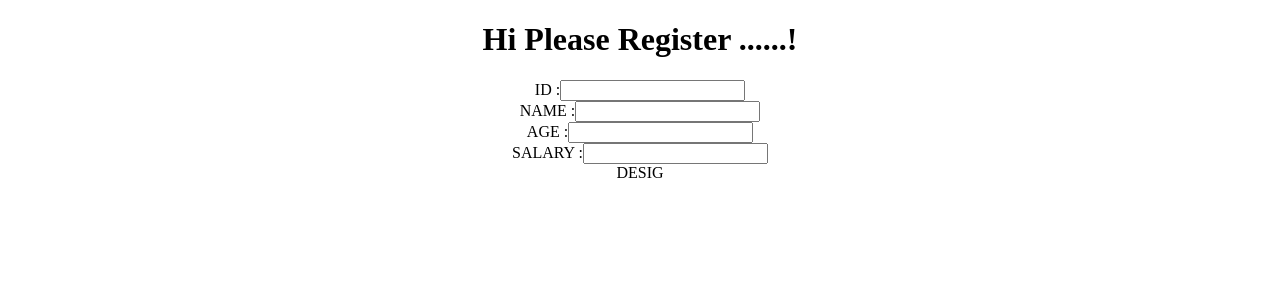
Repository: Thaneshwara848/E-Y
Page: Jdbc-Servlet-Jsp/Webemo5/src/main/webapp/Register.html
These files come from the project's save history. The page is drawn as it stood at one moment and after the next save; the edit follows.
The browser window is 1280 px wide. The pictures show the whole page.

Above is the page before, as saved 2023-05-22 04:39:48.

### Jdbc-Servlet-Jsp/Webemo5/src/main/webapp/Register.html
<!DOCTYPE html>
<html>
<head>
<meta charset="UTF-8">
<title>Insert title here</title>
</head>
<body>
<div style="text-align: center;">
	<h1> Hi Please Register ......!</h1>
	<form action="">

		ID 	:<input type="text"  name="uid"><br>
		NAME :<input type="text"  name="uname"><br>
		AGE   :<input type="text"  name="uage"><br>
		SALARY :<input type="text"  name="usalary"><br>
		DESIG


	</form>
</div>

</body>
</html>

After the next save:
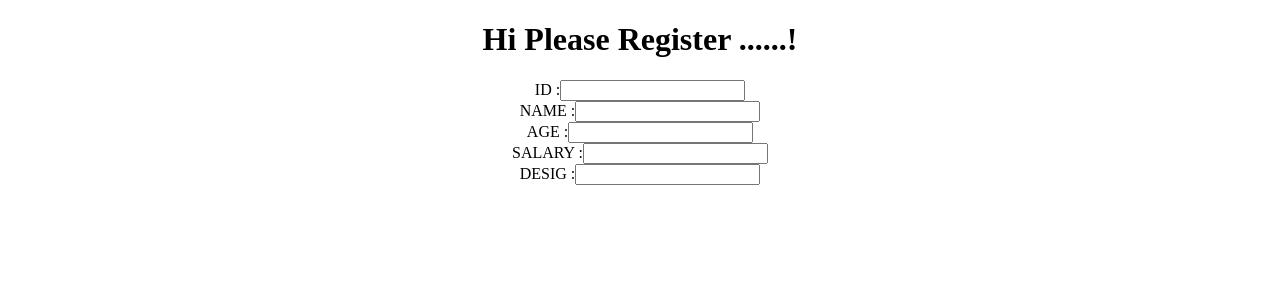
Saved 6 s later.
--- a/Jdbc-Servlet-Jsp/Webemo5/src/main/webapp/Register.html
+++ b/Jdbc-Servlet-Jsp/Webemo5/src/main/webapp/Register.html
@@ -13,7 +13,7 @@
 		NAME :<input type="text"  name="uname"><br>
 		AGE   :<input type="text"  name="uage"><br>
 		SALARY :<input type="text"  name="usalary"><br>
-		DESIG
+		DESIG  :<input type="text"  name="udesig"><br>
 
 
 	</form>
